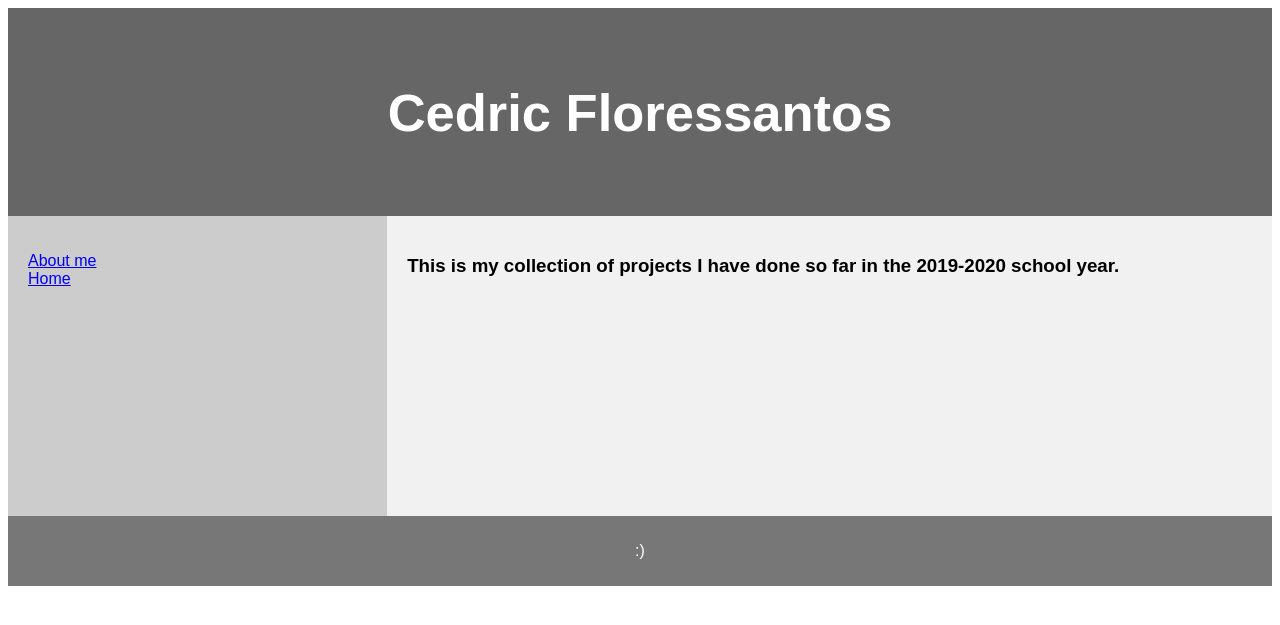
Repository: Cedric-floressantos/Cedric-floressantos.github.io
Page: my_website/portfolio.html
The author's editor kept a record of every edit. The page is drawn from the files as they stood at one moment, then again after the next edit.
The browser window is 1280 px wide. The pictures show the whole page.

Above is the page before.

After the next edit:
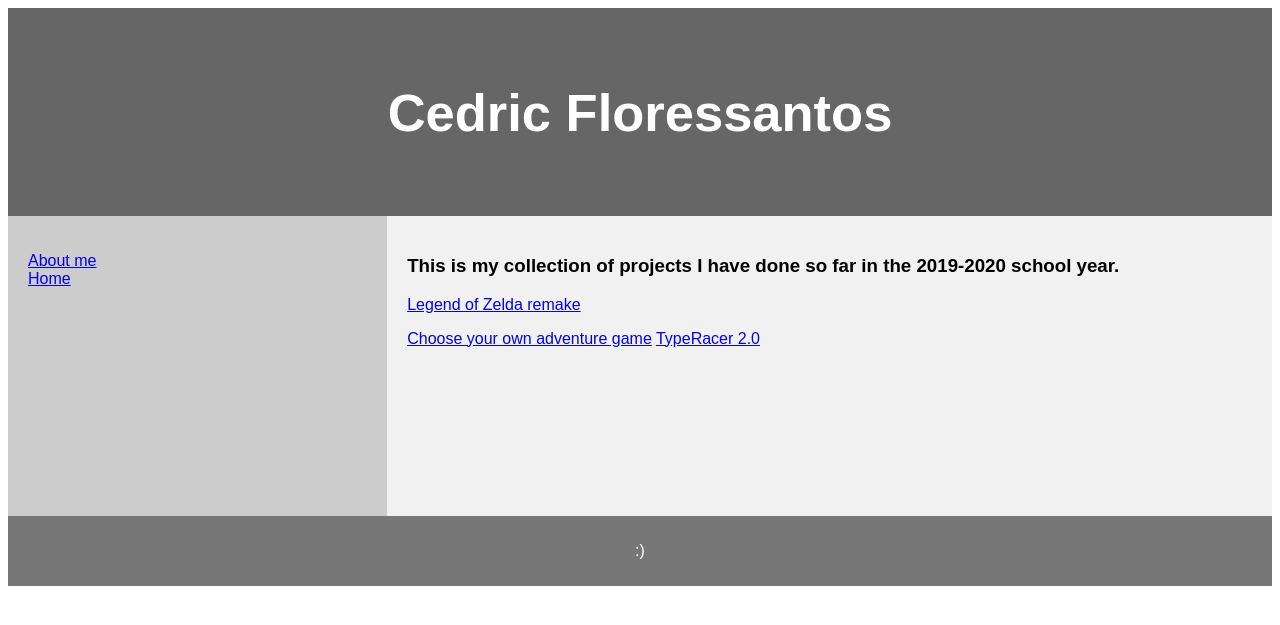
The edit:
--- a/my_website/portfolio.html
+++ b/my_website/portfolio.html
@@ -77,7 +77,9 @@
 
   <article>
     <h1>This is my collection of projects I have done so far in the 2019-2020 school year.</h1>
-    <p></p>
+    <p><a href="https://scratch.mit.edu/projects/324309034">Legend of Zelda remake</a></p>
+    <p2><a href="https://scratch.mit.edu/projects/327799540/">Choose your own adventure game</a></p2>
+    <p3><a href="http://ai2.appinventor.mit.edu/?galleryId=5367066053443584">TypeRacer 2.0</a></p3>
   </article>
 </section>
 
